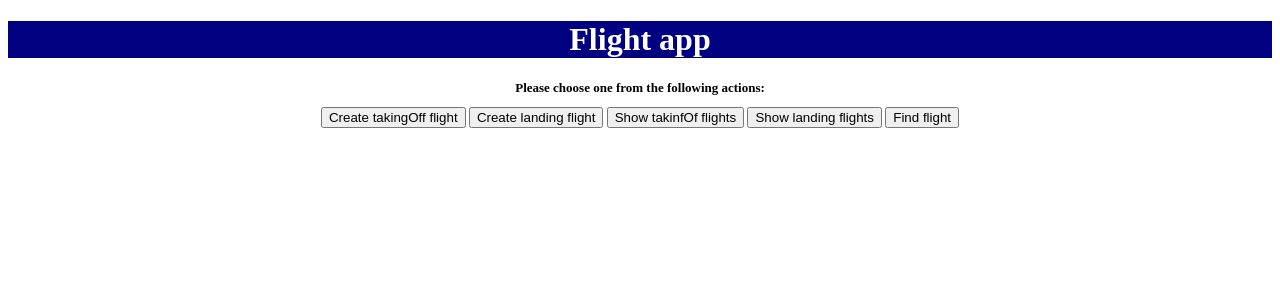
Repository: kerenrachev/Flight-App-Project
Page: FlightApp/WebContent/Web.html
The author's editor kept a copy of each file at every save. The page is drawn from the files as they stood at one save, then again after the next save.
The browser window is 1280 px wide. The pictures show the whole page.

Above is the page before, as saved 2020-08-19 15:43:48.

### FlightApp/WebContent/Web.html
<!DOCTYPE html>
<html>
<head>
<meta charset="windows-1255">
<title>"HELLO"</title>
</head>
<style>
h1 {
  background-color: navy;
  color: white;
  text-align: center;
}
h2{
  text-align: center;
  font-size: small;
}
</style>
<body>

<h1> Flight app </h1>
<h2> Please choose one from the following actions: <h2>
<button type="Button">Create takingOff flight</button>
<button type="Button">Create landing flight</button>
<button type="Button">Show takinfOf flights</button>
<button type="Button">Show landing flights</button>
<button type="Button">Find flight</button>


<script> alert ('hey')</script>
</body>
</html>

After the next save:
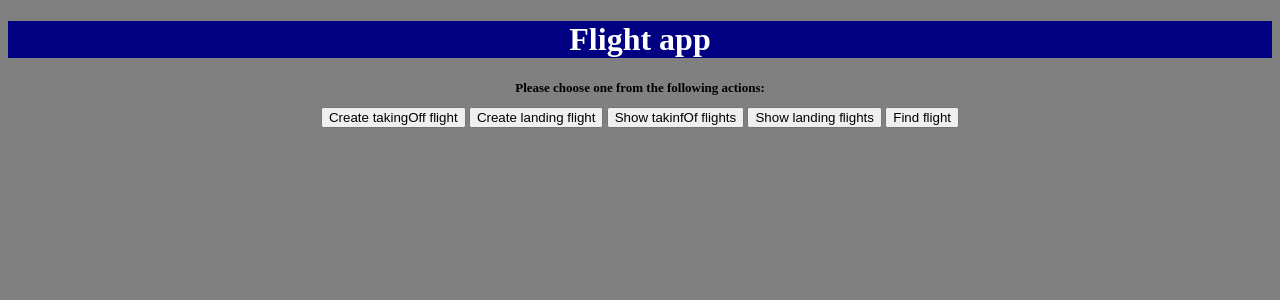
Saved 26 s later.
--- a/FlightApp/WebContent/Web.html
+++ b/FlightApp/WebContent/Web.html
@@ -14,6 +14,9 @@ h2{
   text-align: center;
   font-size: small;
 }
+body{
+background-color: gray;
+}
 </style>
 <body>
 
